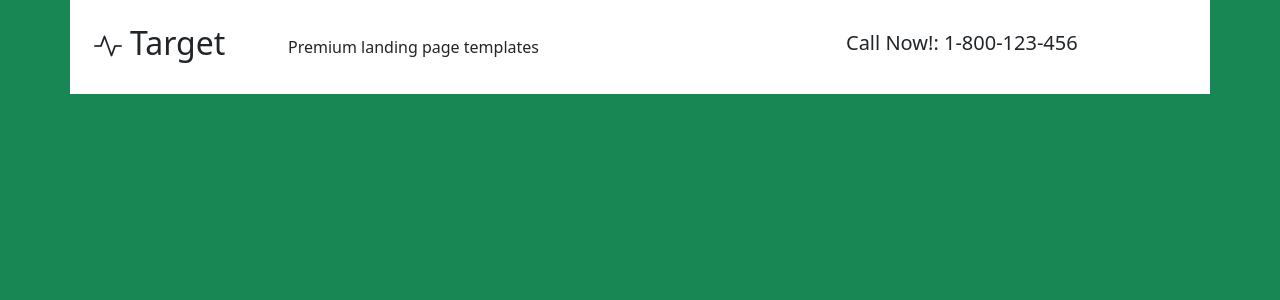
Repository: lyvandat/dh---bootstrap1
Page: index.html
These files come from the project's save history. The page is drawn as it stood at one moment and after the next save; the edit follows.
The browser window is 1280 px wide. The pictures show the whole page.
Some web libraries are served in a nearby version.

Above is the page before, as saved 2022-10-27 15:26:00.

### index.html
<!DOCTYPE html>
<html lang="en">
  <head>
    <!-- Required meta tags -->
    <meta charset="utf-8" />
    <meta name="viewport" content="width=device-width, initial-scale=1" />

    <!-- Bootstrap CSS -->
    <link
      href="https://cdn.jsdelivr.net/npm/bootstrap@5.0.2/dist/css/bootstrap.min.css"
      rel="stylesheet"
      integrity="sha384-EVSTQN3/azprG1Anm3QDgpJLIm9Nao0Yz1ztcQTwFspd3yD65VohhpuuCOmLASjC"
      crossorigin="anonymous"
    />
    <link
      rel="stylesheet"
      href="https://cdn.jsdelivr.net/npm/bootstrap-icons@1.9.1/font/bootstrap-icons.css"
    />
    <title>Hello, world!</title>
  </head>
  <body class="bg-success">
    <div class="container header align-items-center bg-white p-4">
      <div class="row">
        <div class="col-2 d-inline-flex me-2">
          <i class="bi bi-activity fs-3 me-2"></i>
          <h2>Target</h2>
        </div>
        <div class="col-6 d-flex align-items-center">
          <div class="font-italic">Premium landing page templates</div>
        </div>
        <div class="col-3 d-flex align-items-center">
          <h3 class="fs-5">Call Now!: 1-800-123-456</h3>
        </div>
      </div>
    </div>

    <!-- Optional JavaScript; choose one of the two! -->

    <!-- Option 1: Bootstrap Bundle with Popper -->
    <script
      src="https://cdn.jsdelivr.net/npm/bootstrap@5.0.2/dist/js/bootstrap.bundle.min.js"
      integrity="sha384-MrcW6ZMFYlzcLA8Nl+NtUVF0sA7MsXsP1UyJoMp4YLEuNSfAP+JcXn/tWtIaxVXM"
      crossorigin="anonymous"
    ></script>
  </body>
</html>

After the next save:
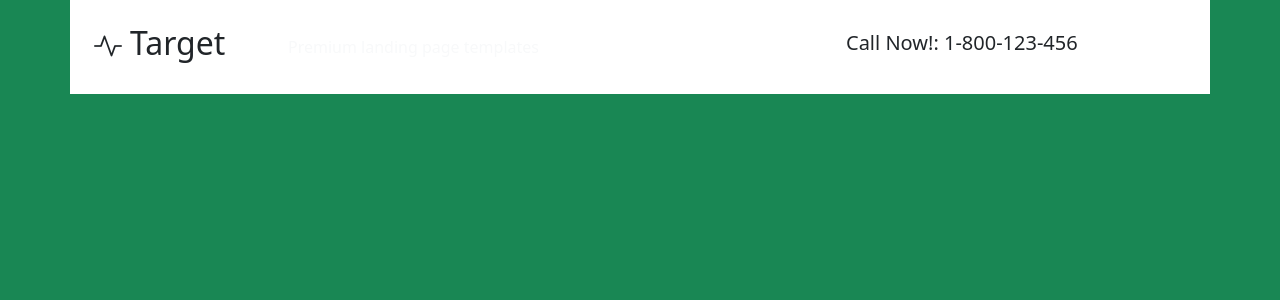
Saved 2 min 4 s later.
--- a/index.html
+++ b/index.html
@@ -26,7 +26,9 @@
           <h2>Target</h2>
         </div>
         <div class="col-6 d-flex align-items-center">
-          <div class="font-italic">Premium landing page templates</div>
+          <div class="text-light font-italic">
+            Premium landing page templates
+          </div>
         </div>
         <div class="col-3 d-flex align-items-center">
           <h3 class="fs-5">Call Now!: 1-800-123-456</h3>

After the 2 saves that followed:
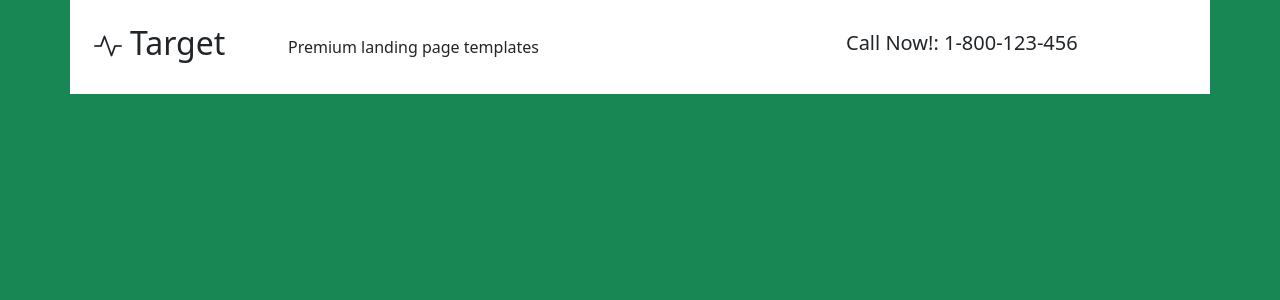
The 2 saves are shown as one change because 1 left the picture as it was.
The last was saved 12 s later.
--- a/index.html
+++ b/index.html
@@ -26,7 +26,7 @@
           <h2>Target</h2>
         </div>
         <div class="col-6 d-flex align-items-center">
-          <div class="text-light font-italic">
+          <div class="text-gray font-style-italic">
             Premium landing page templates
           </div>
         </div>
